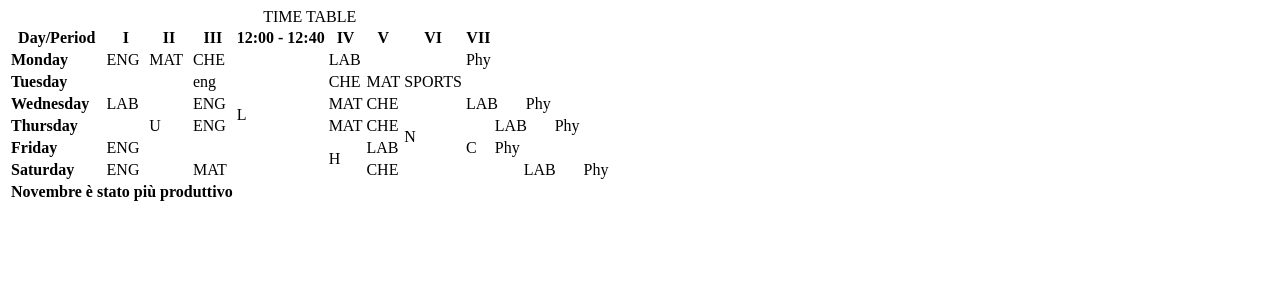
Repository: MicTomm/corso-frontend
Page: HTML/tabella/index.html
An editor plug-in stored every save of this project. The page is shown before and after the next save, followed by the edit.
The browser window is 1280 px wide. The pictures show the whole page.

Above is the page before, as saved 2023-11-07 16:27:15.

### HTML/tabella/index.html
<!DOCTYPE html>
<html lang="it">
<head>
  <meta charset="UTF-8">
  <meta name="viewport" content="width=device-width, initial-scale=1.0">
  <title>Ta-bella</title>
</head>
<body>
  <table>
    <caption>TIME TABLE</caption>
    <thead>
      <tr>
        <th>Day/Period</th>
        <th>I</th>
        <th>II</th>
        <th>III</th>
        <th>12:00 - 12:40</th>
        <th>IV</th>
        <th>V</th>
        <th>VI</th>
        <th>VII</th>
      </tr>
    </thead>

    <tbody>
      <tr>
        <td><b>Monday</b></td>
        <td>ENG</td>
        <td>MAT</td>
        <td>CHE</td>
        <td rowspan="6">L</td>
        <td colspan="3">LAB</td>
        <td>Phy</td>
      </tr>
      <tr>
        <td><b>Tuesday</b></td>
        <td rowspan="3">LAB</td>
        <td rowspan="6">U</td>
        <td>eng</td>
        <td>CHE</td>
        <td>MAT</td>
        <td>SPORTS</td>
      </tr><tr>
        <td><b>Wednesday</b></td>
        <td>ENG</td>
        <td>MAT</td>
        <td>CHE</td>
        <td rowspan="6">N</td>
        <td colspan="3">LAB</td>
        <td>Phy</td>
      </tr><tr>
        <td><b>Thursday</b></td>
        <td>ENG</td>
        <td>MAT</td>
        <td>CHE</td>
        <td rowspan="6">C</td>
        <td colspan="3">LAB</td>
        <td>Phy</td>
      </tr><tr>
        <td><b>Friday</b></td>
        <td colspan="3">ENG</td>
        <td rowspan="6">H</td>
        <td colspan="3">LAB</td>
        <td>Phy</td>
      </tr><tr>
        <td><b>Saturday</b></td>
        <td>ENG</td>
        <td>MAT</td>
        <td>CHE</td>
        <td rowspan="6"></td>
        <td colspan="3">LAB</td>
        <td>Phy</td>
      </tr>
    </tbody>

    <tfoot>
      <tr>
        <th colspan= "4">Novembre è stato più produttivo</th>
      </tr>
    </tfoot>
  </table>
</body>
</html>

After the next save:
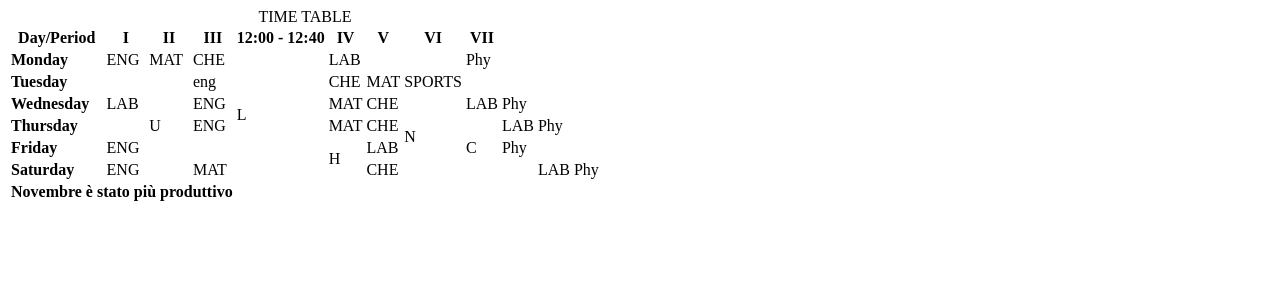
Saved 36 s later.
--- a/HTML/tabella/index.html
+++ b/HTML/tabella/index.html
@@ -46,7 +46,7 @@
         <td>MAT</td>
         <td>CHE</td>
         <td rowspan="6">N</td>
-        <td colspan="3">LAB</td>
+        <td>LAB</td>
         <td>Phy</td>
       </tr><tr>
         <td><b>Thursday</b></td>
@@ -54,7 +54,7 @@
         <td>MAT</td>
         <td>CHE</td>
         <td rowspan="6">C</td>
-        <td colspan="3">LAB</td>
+        <td>LAB</td>
         <td>Phy</td>
       </tr><tr>
         <td><b>Friday</b></td>
@@ -68,7 +68,7 @@
         <td>MAT</td>
         <td>CHE</td>
         <td rowspan="6"></td>
-        <td colspan="3">LAB</td>
+        <td>LAB</td>
         <td>Phy</td>
       </tr>
     </tbody>
